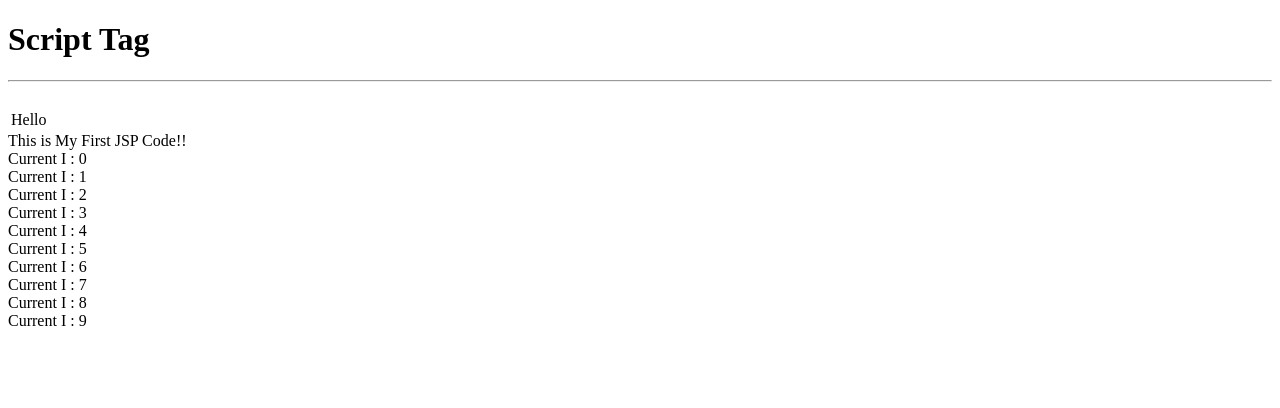
Repository: zxcvne/1400_web_nhs
Page: http://localhost/web/01_script_test.jsp
These files come from the project's save history. The page is drawn as it stood at one moment and after the next save; the edit follows.
The browser window is 1280 px wide. The pictures show the whole page.
The page is served by Tomcat 10.

Above is the page before, as saved 2025-10-25 07:36:53.

After the next save:
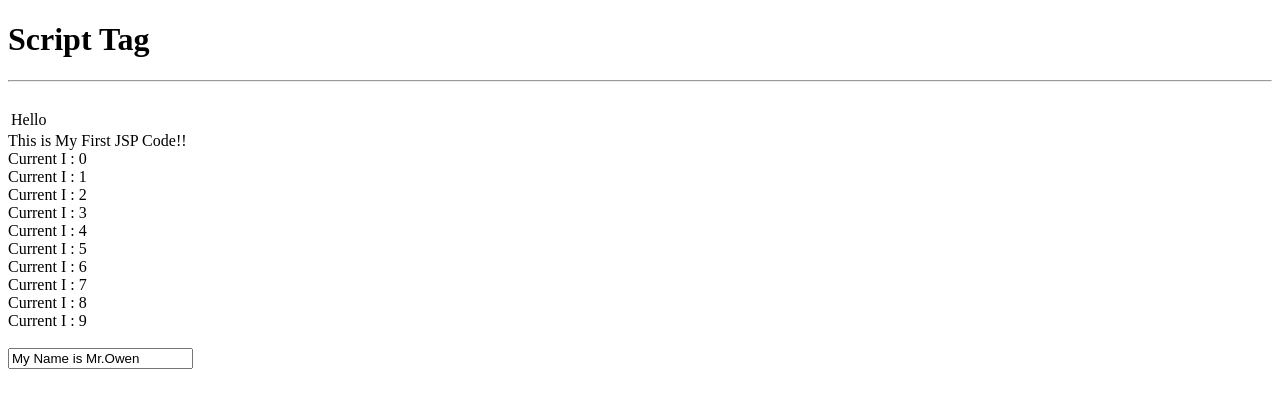
Saved 65 s later.
--- a/05_jsp/src/web/src/main/webapp/01_script_test.jsp
+++ b/05_jsp/src/web/src/main/webapp/01_script_test.jsp
@@ -30,5 +30,7 @@
 	<br>
 	<!-- JSP Expression Tag -->
 	<!-- Use no semicolon(;) -->
+	<input type="text" value="My Name is Mr.Owen">
+
 </body>
 </html>
